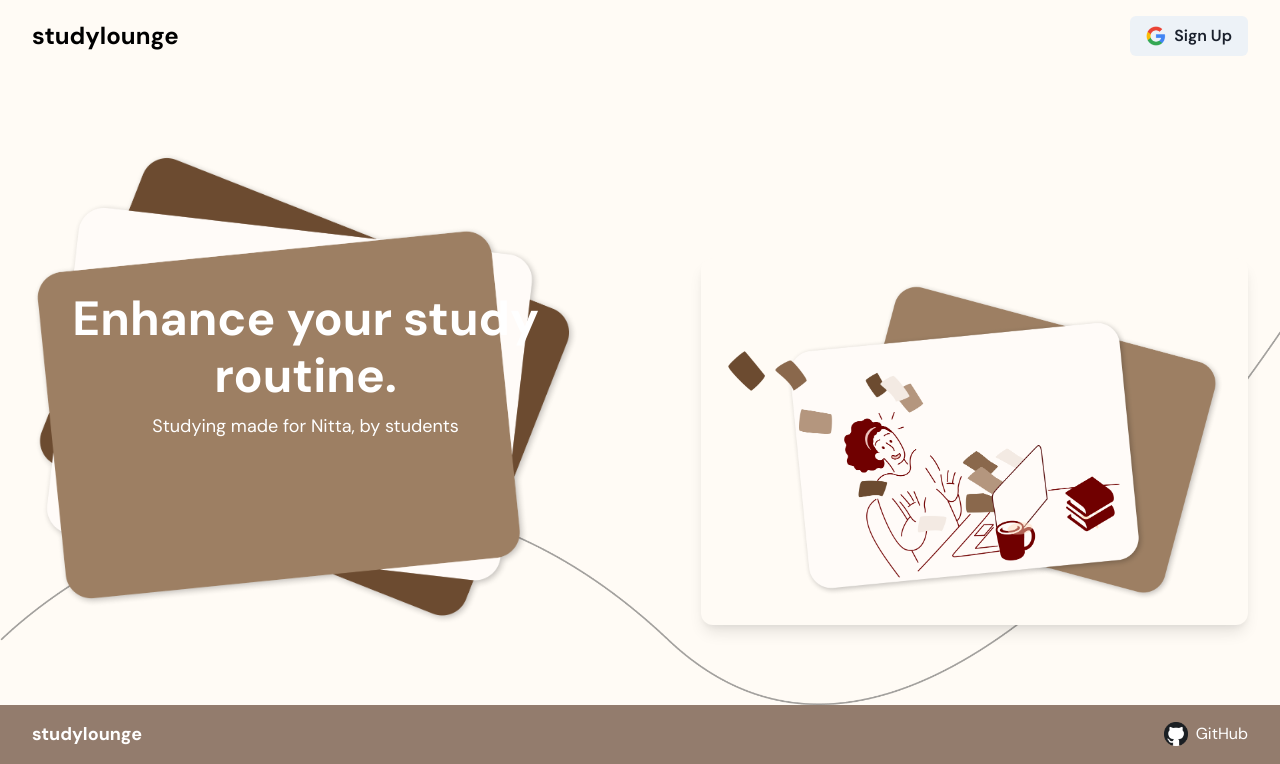
Repository: greg-chang/flashcard-website
Page: / (app in frontend/)
An editor plug-in stored every save of this project. The page is shown before and after the next save, followed by the edit.
The browser window is 1280 px wide. The pictures show the whole page.
The page's requests for data from a server got no answer. The project was rebuilt for these pictures with package versions that can differ from the ones it lists, and the page was loaded fresh each time. Some packages were replaced by stand-ins written for this rebuild. The framework's server and built-in components were replaced by stand-ins that run in the browser. No one was signed in, and anything a server would have sent is missing. Also part of the build but not shown: frontend/next.config.ts, frontend/src/components/Dashboard.tsx.

Above is the page before, as saved 2025-06-08 14:47:58.

### frontend/src/app/layout.tsx
import type { Metadata } from "next";
import { Geist, Geist_Mono } from "next/font/google";
import { DM_Sans } from 'next/font/google';
import { ClerkProvider } from '@clerk/nextjs';
import { ChakraProvider, extendTheme } from '@chakra-ui/react';
import "./globals.css";
import Navbar from "../components/ui/navbar";
import theme from './theme';

const geistSans = Geist({
  variable: "--font-geist-sans",
  subsets: ["latin"],
});

const geistMono = Geist_Mono({
  variable: "--font-geist-mono",
  subsets: ["latin"],
});

const dmSans = DM_Sans({
  variable: '--font-dm-sans',
  subsets: ['latin'],
});

export const metadata: Metadata = {
  title: "Flashcard Website",
  description: "ECS 162 - Web Programming Final Project",
};

export default function RootLayout({
  children,
}: Readonly<{
  children: React.ReactNode;
}>) {
  return (
    <ClerkProvider>
      <ChakraProvider theme={theme}>
        <html lang="en">
          <body
            className={`${geistSans.variable} ${geistMono.variable} ${dmSans.variable} antialiased`}
          >
            {children}
          </body>
        </html>
      </ChakraProvider>
    </ClerkProvider>
  );
}

### frontend/src/app/page.tsx
'use client';
import Homepage from '@/components/Homepage';
import UserInterface from '@/components/UserInterface';
import Dashboard from '@/components/Dashboard';
import { useUser } from '@clerk/nextjs';
// import UserInterface from '@/components/UserInterface';

export default function Home() {
  const { isSignedIn, isLoaded } = useUser();
  if (!isLoaded) {
    return <div>Loading...</div>;
  }
  return (
    <main className="min-h-screen bg-gray-100">
      {isSignedIn ? <Dashboard /> : <Homepage />}
    </main>
  );
}

### frontend/src/app/globals.css
@import "tailwindcss";

:root {
  --background: var(--color-sand);
  --foreground: var(--color-walnut);
}

@theme {
  /* Light */
  --color-sand: #F0EAE2 ;
  /* Medium */
  --color-coffee: #937156 ;
  /* Medium Text */
  --color-walnut: #8F6E4F ;
  /* VERY DARK */
  --color-expresso: #341D09 ;
  /* DESATURATED MEDIUM */
  --color-mocha: #604E3C ;
}

@theme inline {
  --color-background: var(--background);
  --color-foreground: var(--foreground);
  --font-sans: var(--font-geist-sans);
  --font-mono: var(--font-geist-mono);
}
/*
@john found out that this is what caused the white text of white background
@media (prefers-color-scheme: dark) {
  :root {
    --background: #0a0a0a;
    --foreground: #ededed;
  }
} */

body {
  background: var(--background);
  color: var(--foreground);
  font-family: Arial, Helvetica, sans-serif;
}

### frontend/src/app/theme.tsx
'use client';
import { extendTheme } from '@chakra-ui/react';

const theme = extendTheme({
    //not actually used
  colors: {
    brand: {
      50: '#ffe4ed',
    },
  },
  fonts: {
    heading: 'var(--font-geist-sans), sans-serif',
    body: 'var(--font-geist-sans), sans-serif',
  },
  styles: {
    global: {
      body: {
        bg: 'pink.100',
        color: 'black',
      },
    },
  },
});

export default theme;

### frontend/src/components/Homepage.tsx
'use client';
import {
  Box,
  Button,
  Center,
  Heading,
  Stack,
  Text,
  VStack,
  HStack,
  SimpleGrid,
  Flex,
} from '@chakra-ui/react';
import { SignInButton, SignUpButton } from '@clerk/nextjs';
import Header from './Header';
import Image from 'next/image';

// assets
import Illustration from '@/assets/Illustration.png';
import GroupedCards from '@/assets/Grouped Cards.png';
import StyleLine from '@/assets/Style Line.png';
import GithubLogo from '@/assets/Github Logo.png';
// import GoogleLogo from '@/assets/Google Logo.png';

export default function Homepage() {
  return (
    <Flex minH="100vh" direction="column" bg="#FFFBF5" color="black" fontFamily="var(--font-dm-sans)">
      {/* Header */}
      <Header />

      {/* Main Content Area */}
      <Flex
        direction={{ base: 'column', md: 'row' }}
        align="stretch"
        justify="space-between"
        py={{ base: 10, md: 20 }}
        px={{ base: 4, md: 8 }}
        flex="1"
        position="relative"
      >
        {/* Background Wave - Re-enabling original Box and adjusting properties */}
        <Box
          position="absolute"
          top="0"
          left="0"
          width="100%"
          height="100%"
          backgroundImage={`url(${StyleLine.src})`}
          backgroundSize="cover"
          backgroundRepeat="no-repeat"
          backgroundPosition="top left"
          zIndex="0"
          opacity="0.5"
        />

        {/* Left Section: Grouped Cards Image */}
        <Box
          position="relative"
          flex="1"
          minW={{ base: 'full', md: '45%' }}
          maxW={{ base: 'full', md: '45%' }}
          display="flex"
          justifyContent="flex-start"
          alignItems="flex-start"
          alignSelf="flex-start"
          zIndex="1"
        >
          <Image
            src={GroupedCards}
            alt="Grouped Study Cards"
            width={550}
            height={400}
            layout="responsive"
            objectFit="contain"
            priority
          />
          {/* Text Overlay on Grouped Cards */}
          <Box
            position="absolute"
            color="white"
            textAlign="center"
            top="45%"
            left="50%"
            transform="translate(-50%, -50%)"
            width="100%"
          >
            <Heading fontSize={{ base: '3xl', md: '4xl', lg: '5xl' }} mb={2}>
              Enhance your study routine.
            </Heading>
            <Text fontSize={{ base: 'md', md: 'lg' }}>
              Studying made for Nitta, by students
            </Text>
          </Box>
        </Box>

        {/* Right Section: Illustration Image Card */}
        <Box
          flex="1"
          minW={{ base: 'full', md: '45%' }}
          maxW={{ base: 'full', md: '45%' }}
          display="flex"
          justifyContent="flex-end"
          alignItems="flex-end"
          alignSelf="flex-end"
          position="relative"
          zIndex="1"
        >
          <Box
            bg="#FFFBF5"
            p={6}
            borderRadius="xl"
            boxShadow="lg"
            position="relative"
            zIndex="1"
            display="inline-block"
          >
            <Image
              src={Illustration}
              alt="Study Lounge Illustration"
              width={600}
              height={450}
              layout="responsive"
              objectFit="contain"
              priority
            />
          </Box>
          {/* Small brown card elements (re-evaluate positions based on new layout) */}
          <Box
            position="absolute"
            bg="#937C6D"
            width="60px"
            height="40px"
            borderRadius="md"
            top="5%"
            right="10%"
            transform="rotate(15deg)"
            zIndex="0"
            display={{ base: 'none', md: 'block' }}
          />
          <Box
            position="absolute"
            bg="#937C6D"
            width="40px"
            height="30px"
            borderRadius="md"
            bottom="15%"
            left="20%"
            transform="rotate(-20deg)"
            zIndex="0"
            display={{ base: 'none', md: 'block' }}
          />
          <Box
            position="absolute"
            bg="#937C6D"
            width="50px"
            height="35px"
            borderRadius="md"
            bottom="5%"
            right="5%"
            transform="rotate(5deg)"
            zIndex="0"
            display={{ base: 'none', md: 'block' }}
          />
        </Box>
      </Flex>

      {/* Footer */}
      <Flex
        as="footer"
        bg="#937C6D"
        color="white"
        py={4}
        px={8}
        justify="space-between"
        align="center"
        mt="auto"
        fontFamily="var(--font-dm-sans)"
        zIndex="1"
        position="relative"
      >
        <Text fontSize="lg" fontWeight="bold">studylounge</Text>
        <HStack spacing={2}>
          <Image
            src={GithubLogo}
            alt="GitHub Logo"
            width={24}
            height={24}
            objectFit="contain"
          />
          <Text>GitHub</Text>
        </HStack>
      </Flex>
    </Flex>
  );
}

### frontend/src/components/Header.tsx
'use client';
import {
  Box,
  Flex,
  Heading,
  Spacer,
  Button,
  HStack,
  Text,
} from '@chakra-ui/react';
import { SignInButton, SignUpButton, UserButton, useUser } from '@clerk/nextjs';
import Image from 'next/image';
import GoogleLogo from '@/assets/Google Logo.png';

export default function Header() {
  const { isSignedIn, isLoaded } = useUser();

  return (
    <Box
      as="header"
      position="sticky"
      top={0}
      zIndex={10}
      bg="transparent"
      px={8}
      py={4}
      shadow="none"
    >
      <Flex align="center">
        {/* Logo */}
        <Text fontSize="2xl" fontWeight="bold" color="black">studylounge</Text>

        <Spacer />

        {/* Right side: Auth buttons or Avatar */}
        {isLoaded && (
          <HStack spacing={4}>
            {isSignedIn ? (
              <UserButton afterSignOutUrl="/" />
            ) : (
              <>
                <SignUpButton mode="modal">
                  <Button size="md" bg="gray.100" _hover={{ bg: 'gray.200' }} borderRadius="md">
                    <HStack spacing={2}>
                      <Image
                        src={GoogleLogo}
                        alt="Google Logo"
                        width={20}
                        height={20}
                        objectFit="contain"
                      />
                      <Text>Sign Up</Text>
                    </HStack>
                  </Button>
                </SignUpButton>
              </>
            )}
          </HStack>
        )}
      </Flex>
    </Box>
  );
}

After the next save:
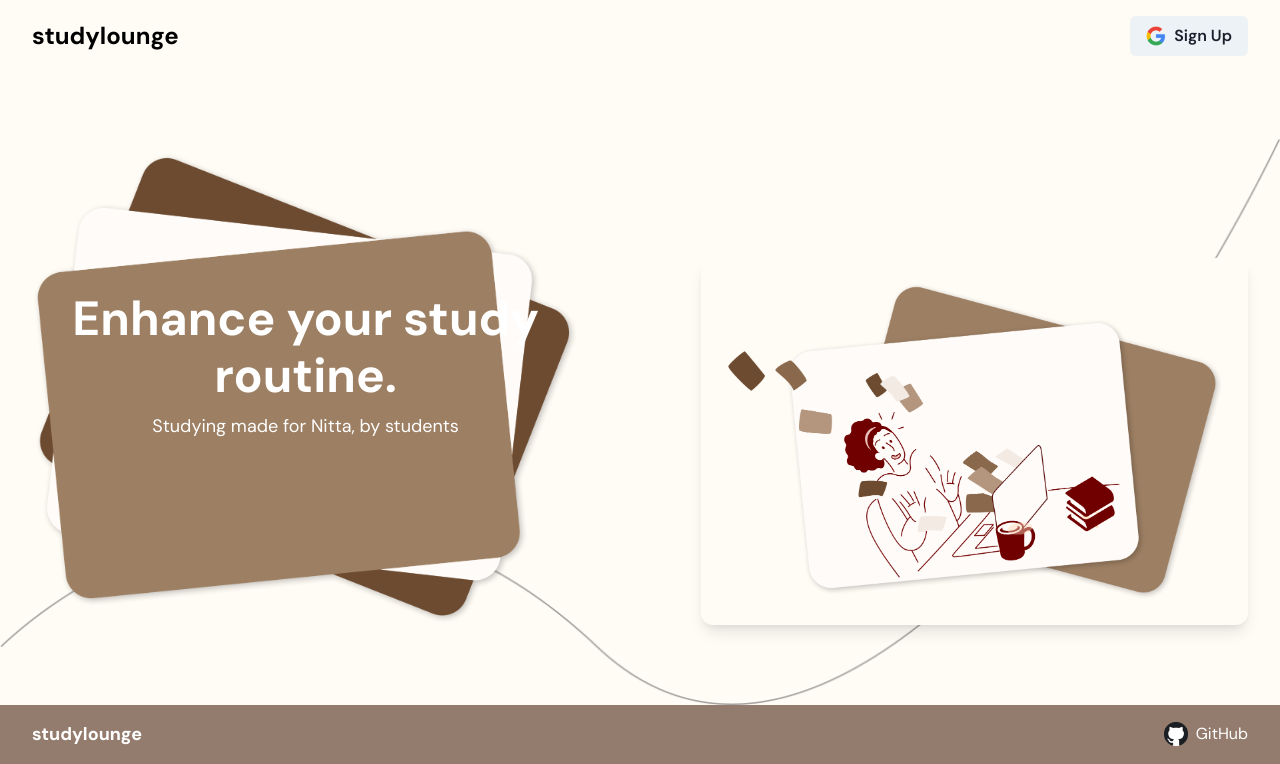
Saved 13 s later.
--- a/frontend/src/components/Homepage.tsx
+++ b/frontend/src/components/Homepage.tsx
@@ -46,9 +46,9 @@ export default function Homepage() {
           width="100%"
           height="100%"
           backgroundImage={`url(${StyleLine.src})`}
-          backgroundSize="cover"
+          backgroundSize="100% auto"
           backgroundRepeat="no-repeat"
-          backgroundPosition="top left"
+          backgroundPosition="bottom"
           zIndex="0"
           opacity="0.5"
         />
